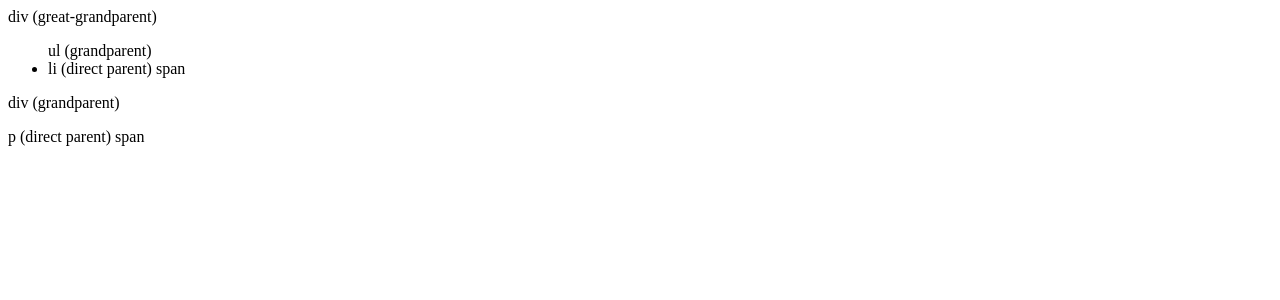
Repository: tjdwlsl/jspstudy
Page: http://localhost/JQuery_Ajax/jquery/ex15_DOM.jsp
These files come from the project's save history. The page is drawn as it stood at one moment and after the next save; the edit follows.
The browser window is 1280 px wide. The pictures show the whole page.
The page is served by Tomcat 9.

Above is the page before, as saved 2023-07-19 08:45:13.

After the next save:
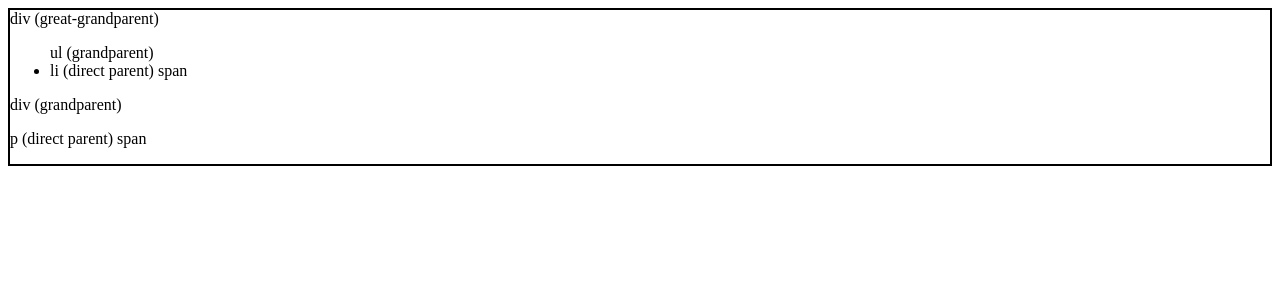
Saved 2 min 49 s later.
--- a/JQuery_Ajax/src/main/webapp/jquery/ex15_DOM.jsp
+++ b/JQuery_Ajax/src/main/webapp/jquery/ex15_DOM.jsp
@@ -5,7 +5,12 @@
 <head>
 <meta charset="UTF-8">
 <title>HTML 탐색</title>
-<style type="text/css"></style>
+<style type="text/css">
+	.ancestors{
+		display: block;
+		border: 2px solid black;
+	}
+</style>
 <%-- jQuery 라이브러리 CDN --%>
 <script src="https://ajax.googleapis.com/ajax/libs/jquery/3.7.0/jquery.min.js"></script>
 <script type="text/javascript">
